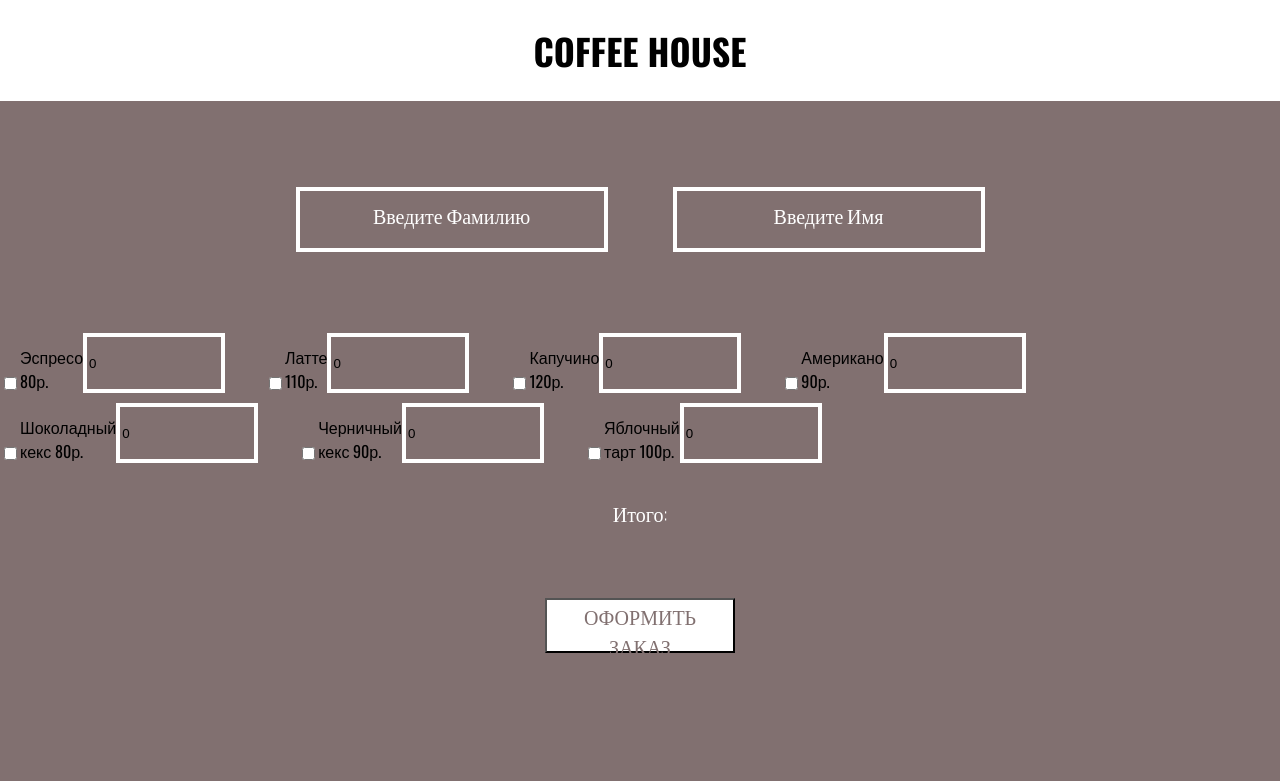
Repository: Valera1994/WebTestProject
Page: New2/index.html
These files come from the project's save history. The page is drawn as it stood at one moment and after the next save; the edit follows.
The browser window is 1280 px wide. The pictures show the whole page.

Above is the page before, as saved 2025-07-20 22:37:12.

### New2/index.html
<!DOCTYPE html>
<html lang="en">
<head>
    <meta charset="UTF-8">
    <meta name="viewport" content="width=device-width, initial-scale=1.0">
    <title>COFFEE HOUSE</title>
    <link rel="stylesheet" href="style.css">
    <link rel="preconnect" href="https://fonts.googleapis.com">
    <link rel="preconnect" href="https://fonts.gstatic.com" crossorigin="">
    <link href="https://fonts.googleapis.com/css2?family=Oswald:wght@200..700&amp;display=swap" rel="stylesheet">
</head>
<body>
    <header class="header">
        <h1 class="logo">COFFEE HOUSE</h1>
    </header>
    <div class="order">
        <div class="form">
            <input class="surname form_text" type="text" placeholder="Введите Фамилию" required="">
            <input class="name form_text" type="text" placeholder="Введите Имя" required="">
        </div>
        <div class="conteiner">
            <div class="menu_column">
            <div class="form_checkbox check1">
                <input type="checkbox" id="coffee" name="espreso" value="choise1">
                <label for="espreso">Эспресо 80р.</label>
                <input class="price" type="number" min="0" value="0" placeholder="0">
            </div>
            <div class="form_checkbox check1">
                <input type="checkbox" id="coffee" name="latte" value="choise1">
                <label for="latte">Латте 110р.</label>
                <input class="price" type="number" min="0" value="0" placeholder="0">
            </div>
            <div class="form_checkbox check1">
                <input type="checkbox" id="coffee" name="capp" value="choise1">
                <label for="capp">Капучино 120р.</label>
                <input class="price" type="number" min="0" value="0" placeholder="0">
            </div>
            <div class="form_checkbox check1">
                <input type="checkbox" id="coffee" name="amer" value="choise1">
                <label for="amer">Американо 90р.</label>
                <input class="price" type="number" min="0" value="0" placeholder="0">
            </div>
            </div>
            <div class="menu_column">
            <div class="form_checkbox check2">
                <input type="checkbox" id="coffee" name="choco" value="choise1">
                <label for="choco">Шоколадный кекс 80р.</label>
                <input class="price" type="number" min="0" value="0" placeholder="0">
            </div>
            <div class="form_checkbox check2">
                <input type="checkbox" id="coffee" name="chern" value="choise1">
                <label for="chern">Черничный кекс 90р.</label>
                <input class="price" type="number" min="0" value="0" placeholder="0">
            </div>
            <div class="form_checkbox check2">
                <input type="checkbox" id="coffee" name="apple" value="choise1">
                <label for="apple">Яблочный тарт 100р.</label>
                <input class="price" type="number" min="0" value="0" placeholder="0">
            </div>
            </div>
        </div>

        <p>Итого: <span class="result"></span></p>
        <div class="button_container">
            <button class="btn">ОФОРМИТЬ ЗАКАЗ</button>
        </div>
    </div>
</body>
</html>

### New2/style.css
body{
    margin: 0;
    padding: 0;
    font-family: 'Oswald', sans-serif;
}

.header {
    width: 100%;
    box-sizing: border-box;
    text-decoration: none;
    top: 0;
    left: 0;
}

.logo{
    color: black;
    font-size: 36px;
    white-space: nowrap;
    font-weight: medium;
    display: flex;
    justify-content: center;
}

.order{
    width: 100%;
    height: 680px;
    background: rgba(129, 112, 112, 1);
}

.form{
    padding: 86px 0;
    gap: 65px;
    display: flex;
    justify-content: center;
}

.form_text{
    background-color: #817070;
    display: flex;
    flex-direction: column;
    justify-content: center;
    width: 300px;
    height: 55px;
    border: 4px solid white;
}

.form_text::placeholder {
    font-family: 'Oswald';
    color: white;
    opacity: 1;
    display: flex;
    align-items:center;
    text-align: center;
    font-size: 20px;
    font-weight: lighter;
}

.container{
    display: flex;
    justify-content: center;
    gap: 17px;
    height: 271px;
    width: 100%;
}

.menu_column {
    display: flex;
    width: 784px;
    gap: 40px;
    flex-wrap: wrap column;
}

.form_checkbox{
    display: flex;
    justify-content: space-between;
    align-items: flex-end;
    margin-bottom: 15px;
}

.check1{
    width: 300px;
    height: 55px;
}

.check2{
    width: 354px;
    height: 55px;
}

.price{
    background-color: #817070;
    display: flex;
    flex-direction: column;
    justify-content: center;
    width: 130px;
    height: 50px;
    border: 4px solid white;
}

p{
    font-family: 'Oswald';
    font-size: 20px;
    font-weight:lighter;
    color: white;
    display: flex;
    justify-content: center;
}

.button_container{
    display: flex;
    justify-content: center;
    padding: 50px;
}

.btn{
    width: 190px;
    height: 55px;
    font-family: 'Oswald';
    font-size: 20px;
    font-weight: 500;
    background-color: white;
    color: rgba(129, 112, 112, 1);
}

After the next save:
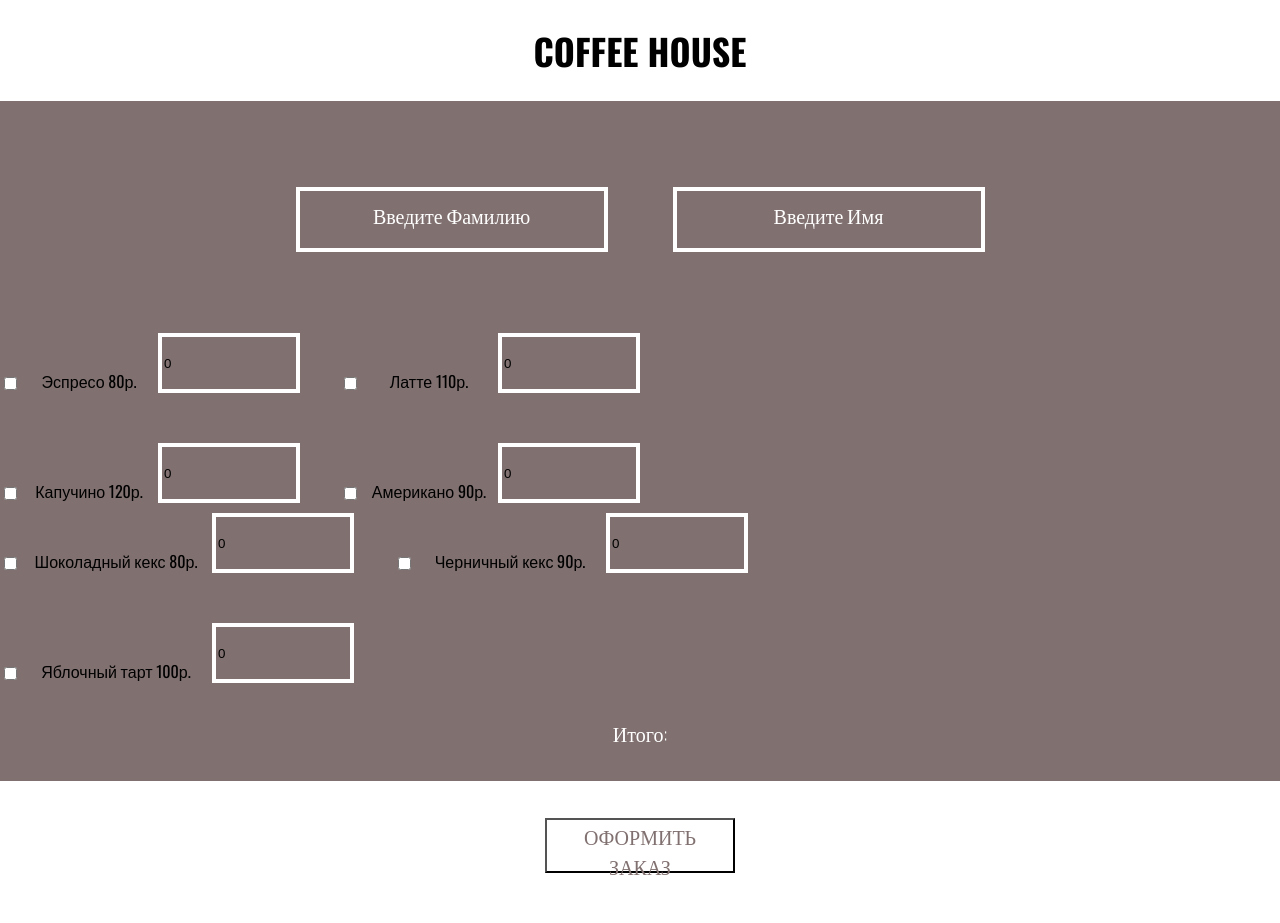
Saved 10 s later.
--- a/New2/style.css
+++ b/New2/style.css
@@ -67,7 +67,7 @@
     display: flex;
     width: 784px;
     gap: 40px;
-    flex-wrap: wrap column;
+    flex-wrap: wrap;
 }
 
 .form_checkbox{

After the save that followed:
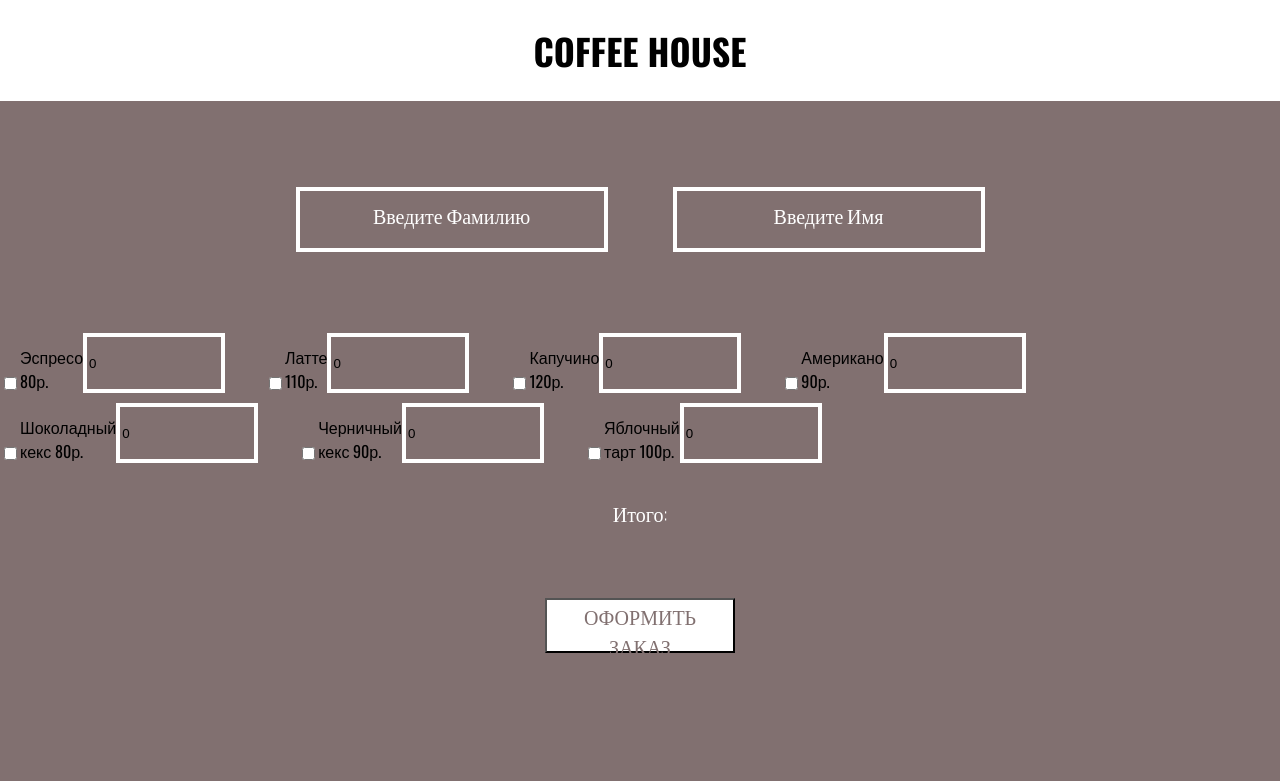
Saved 67 s later.
--- a/New2/style.css
+++ b/New2/style.css
@@ -67,7 +67,7 @@
     display: flex;
     width: 784px;
     gap: 40px;
-    flex-wrap: wrap;
+    align-items: space-between;
 }
 
 .form_checkbox{
